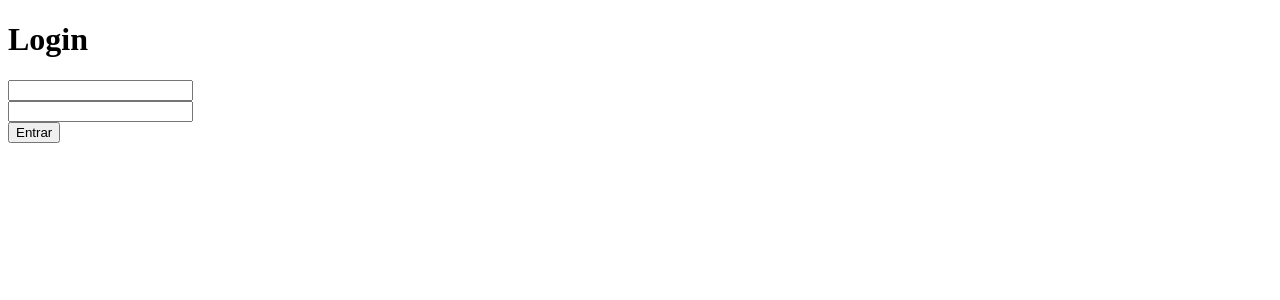
Repository: LazaroRicardo/WORKSPACE
Page: http://localhost/ProyectoMVC2/login.jsp
These files come from the project's save history. The page is drawn as it stood at one moment and after the next save; the edit follows.
The browser window is 1280 px wide. The pictures show the whole page.
The page is served by Tomcat 9.

Above is the page before, as saved 2018-11-14 09:32:11.

After the next save:
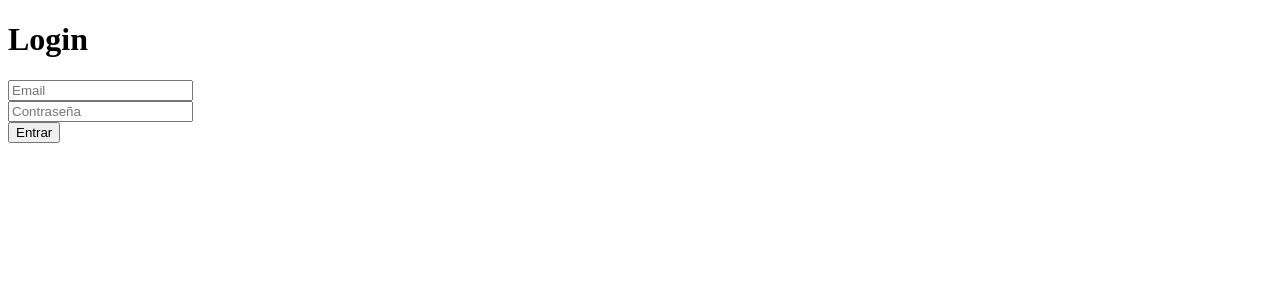
Saved 44 s later.
--- a/javaweb/ProyectoMVC2/WebContent/login.jsp
+++ b/javaweb/ProyectoMVC2/WebContent/login.jsp
@@ -10,8 +10,8 @@
 
 	<h1>Login</h1>
 	<form action="">
-		<div><input type="email" placeholder="" required="required" id="" name=""/></div>
-		<div><input type="password" placeholder="" required="required" id="" name=""/></div>
+		<div><input type="email" placeholder="Email" id="" name="" required="required" /></div>
+		<div><input type="password" placeholder="Contraseña" id="" name="" required="required" /></div>
 		<div>
 			<button>Entrar</button>
 		</div>
